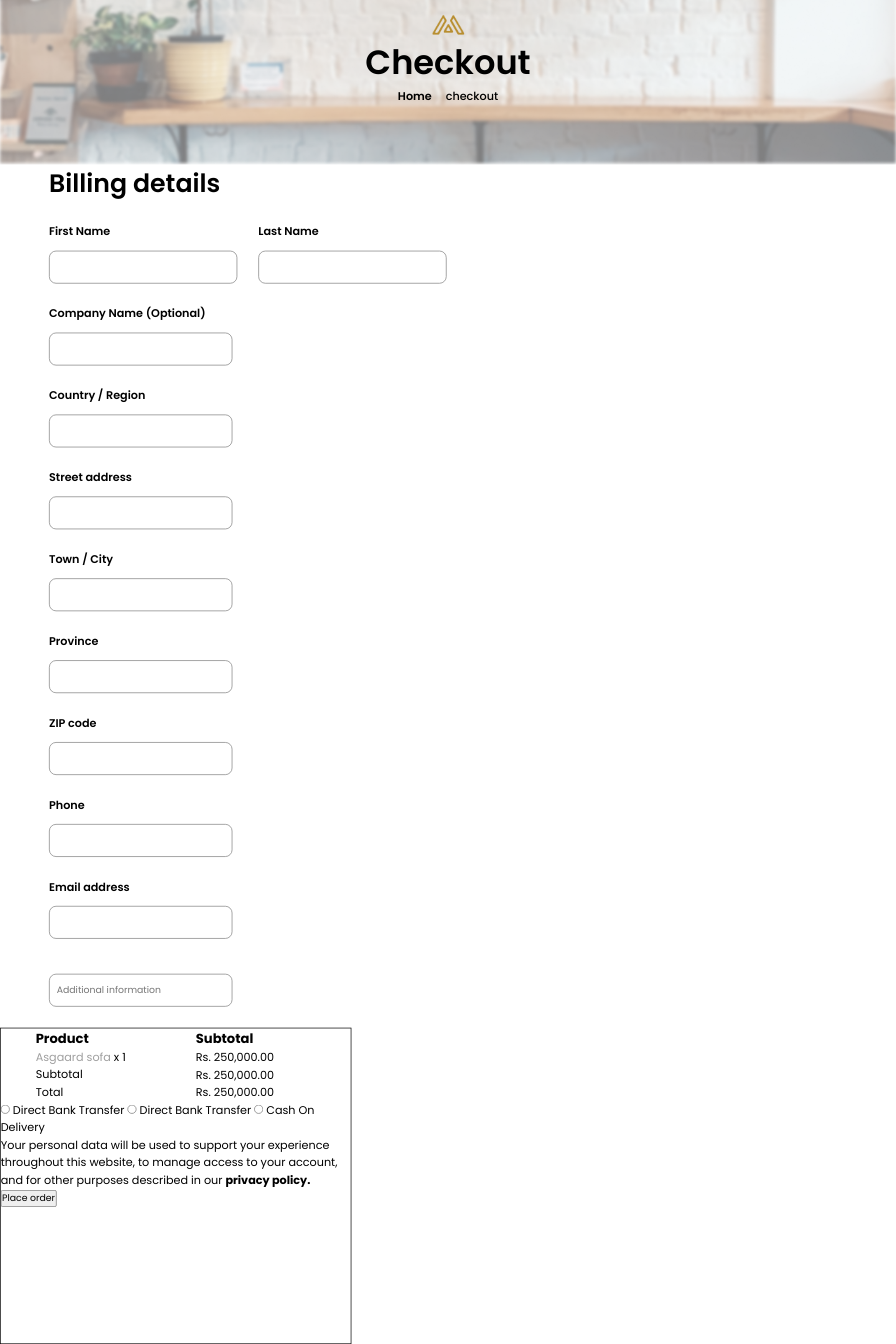
Repository: DT2301/project
Page: checkout.html
These files come from the project's save history. The page is drawn as it stood at one moment and after the next save; the edit follows.
The browser window is 1280 px wide. The pictures show the part of the page from y = 153 to 2073 px (the page is 2073 px tall), at 70% of full size.
A picture or video elsewhere on the page could not be fetched, so the positions and the page height are approximate.

Above is the page before, as saved 2024-01-08 11:57:01.

After the next save:
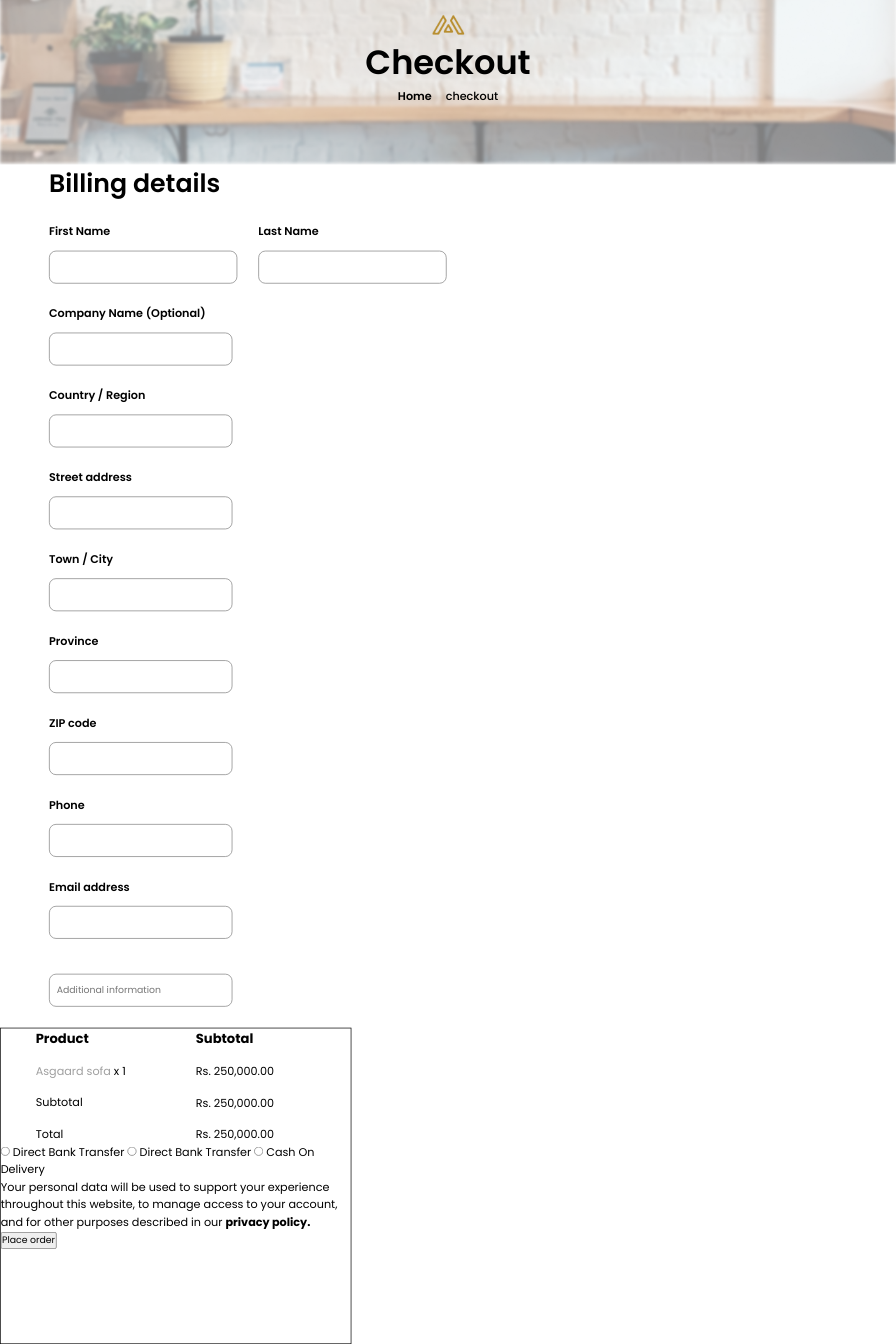
Saved 26 s later.
--- a/checkout.css
+++ b/checkout.css
@@ -185,6 +185,6 @@ ul {
   text-align: left;
   color: #9f9f9f;
 }
-.checkout .placeorder > span {
+.checkout .placeorder  span {
   margin-top: 20px;
 }
